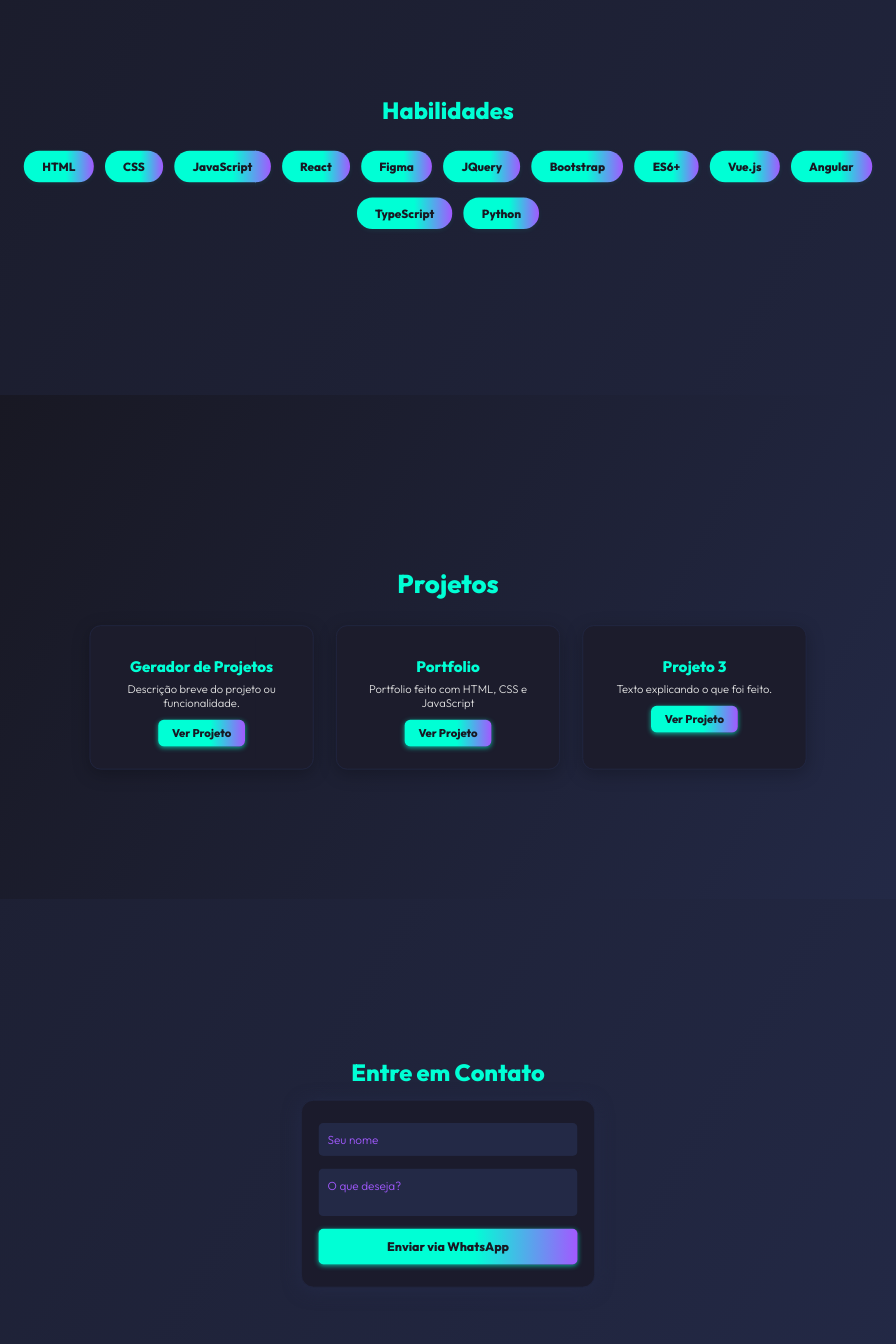
Repository: Wbyh7z/meu-portfolio
Page: index.html
An editor plug-in stored every save of this project. The page is shown before and after the next save, followed by the edit.
The browser window is 1280 px wide. The pictures show the part of the page from y = 1595 to 3515 px (the page is 3696 px tall), at 70% of full size.

Above is the page before, as saved 2025-08-11 00:38:23.

After the next save:
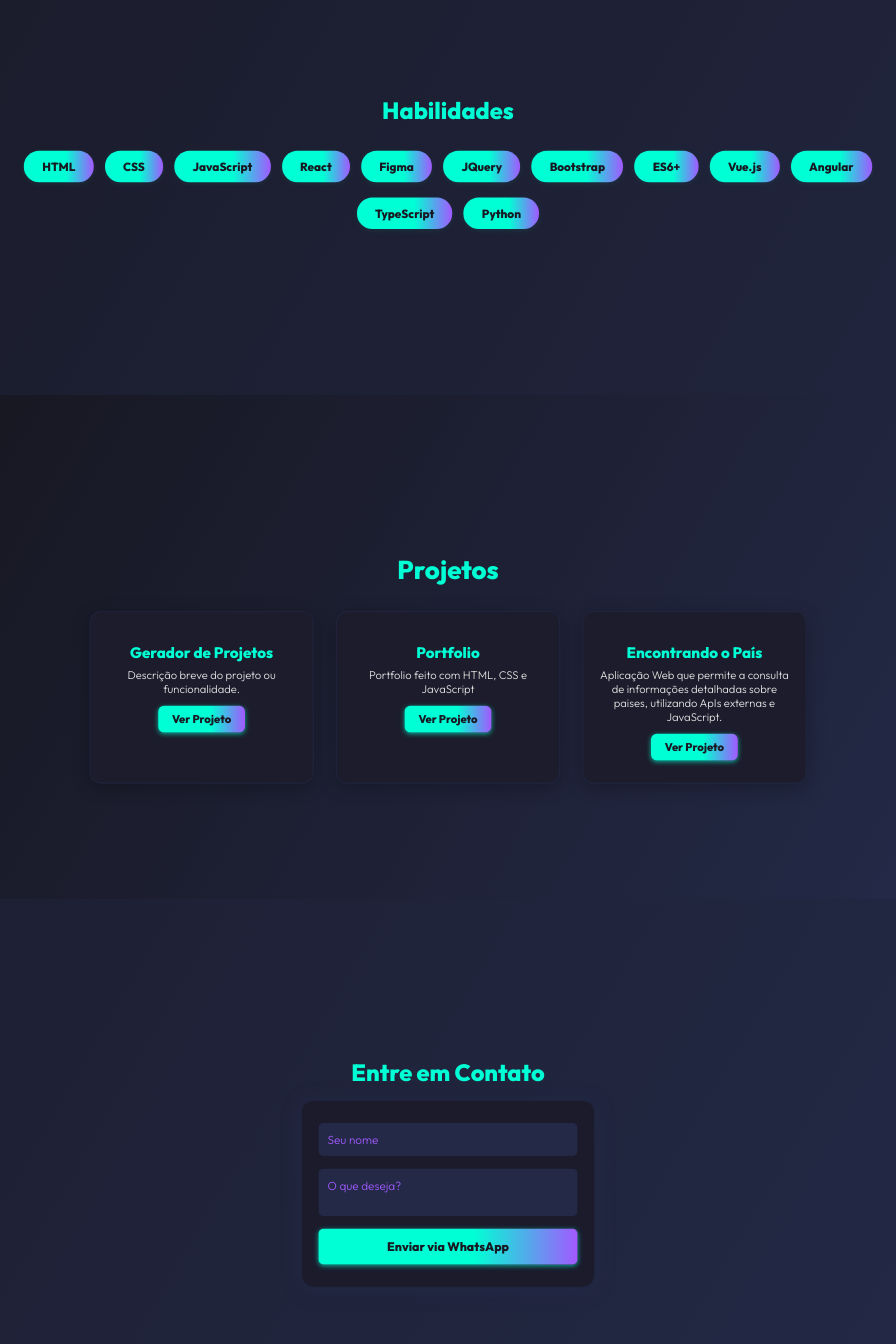
Saved 2 h 28 min later.
--- a/index.html
+++ b/index.html
@@ -78,9 +78,9 @@
       </div>
       <div class="projeto">
         <img src="#" alt="">
-        <h3>Projeto 3</h3>
-        <p>Texto explicando o que foi feito.</p>
-        <a href="https://github.com/seuusuario/projeto3" target="_blank" rel="noopener">Ver Projeto</a>
+        <h3>Encontrando o País</h3>
+        <p>Aplicação Web que permite a consulta de informações detalhadas sobre paises, utilizando ApIs externas e JavaScript.</p>
+        <a href="https://procurandoopais.netlify.app/" target="_blank" rel="noopener">Ver Projeto</a>
       </div>
     </div>
   </section>
